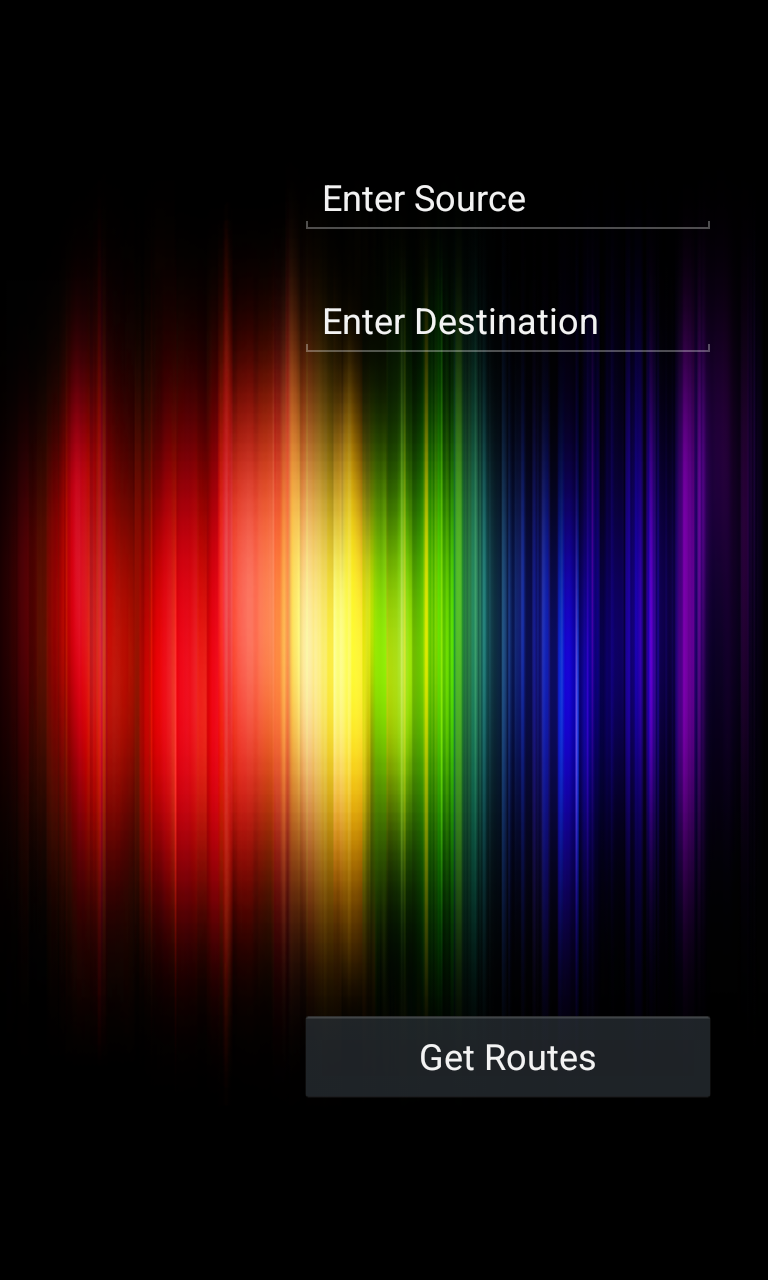
Repository: pratiksanglikar/Mobile-Based-Intelligent-Transport-System
Layout: BEProjectAndroidUI/BEProject/res/layout/activity_source_destination.xml
The author's editor kept a copy of each file at every save. The layout is drawn from the files as they stood at one save, then again after the next save.
It is drawn on a 768 x 1280 px phone screen (xhdpi) without system bars, with theme FullscreenTheme; the app's code is not run.

Above is the layout before, as saved 2013-01-07 12:58:28.

After the next save:
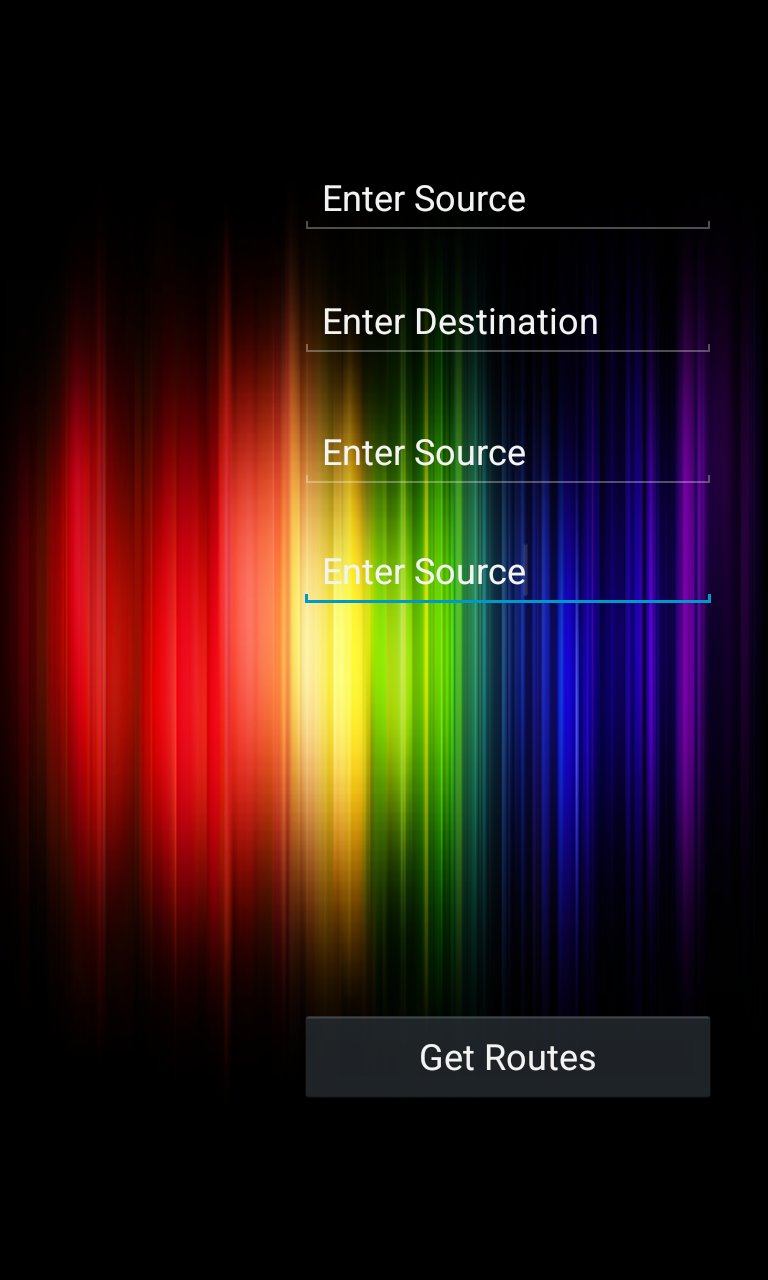
Saved 34 min 12 s later.
--- a/BEProjectAndroidUI/BEProject/res/layout/activity_source_destination.xml
+++ b/BEProjectAndroidUI/BEProject/res/layout/activity_source_destination.xml
@@ -53,6 +53,29 @@
             android:ems="10"
             android:text="@string/prompt_source" />
 
+        <AutoCompleteTextView
+            android:id="@+id/AutoCompleteTextView02"
+            android:layout_width="wrap_content"
+            android:layout_height="wrap_content"
+            android:layout_alignLeft="@+id/editText_destination"
+            android:layout_below="@+id/editText_destination"
+            android:layout_marginTop="26dp"
+            android:ems="10"
+            android:text="@string/prompt_source" />
+
+        <AutoCompleteTextView
+            android:id="@+id/AutoCompleteTextView01"
+            android:layout_width="wrap_content"
+            android:layout_height="wrap_content"
+            android:layout_alignLeft="@+id/AutoCompleteTextView02"
+            android:layout_below="@+id/AutoCompleteTextView02"
+            android:layout_marginTop="20dp"
+            android:ems="10"
+            android:text="@string/prompt_source" >
+
+            <requestFocus />
+        </AutoCompleteTextView>
+
     </RelativeLayout>
 
 </FrameLayout>
